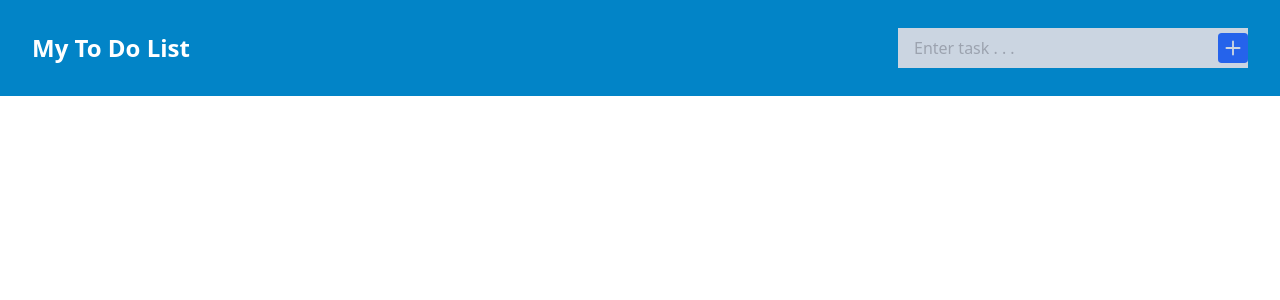
Repository: SaadYasin/react-to-do-list
Page: /
These files come from the project's save history. The page is drawn as it stood at one moment and after the next save; the edit follows.
The browser window is 1280 px wide. The pictures show the whole page.
The project was rebuilt for these pictures with package versions that can differ from the ones it lists, and the page was loaded fresh each time. Also part of the build but not shown: src/App.css.

Above is the page before, as saved 2022-11-09 15:55:07.

After the next save:
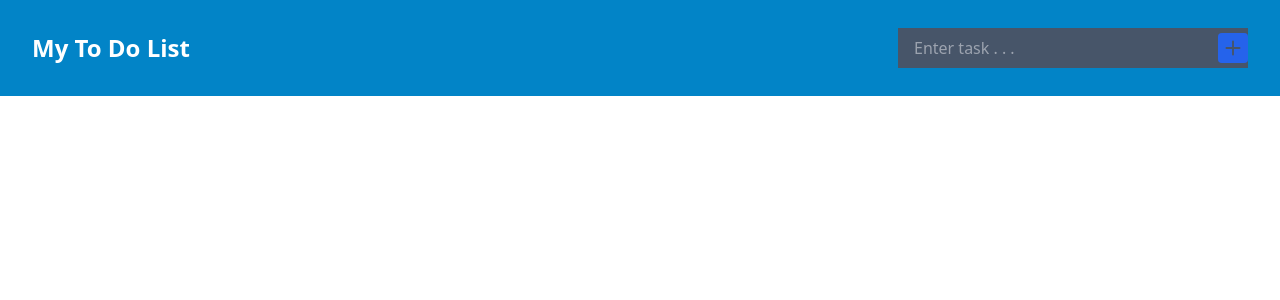
Saved 23 s later.
--- a/src/components/Input.js
+++ b/src/components/Input.js
@@ -4,7 +4,7 @@
 const Input = () => {
   return (
     <div>
-      <form className="flex h-10 bg-slate-300">
+      <form className="flex h-10 bg-slate-600">
         <input
           type="text"
           placeholder="Enter task . . ."
